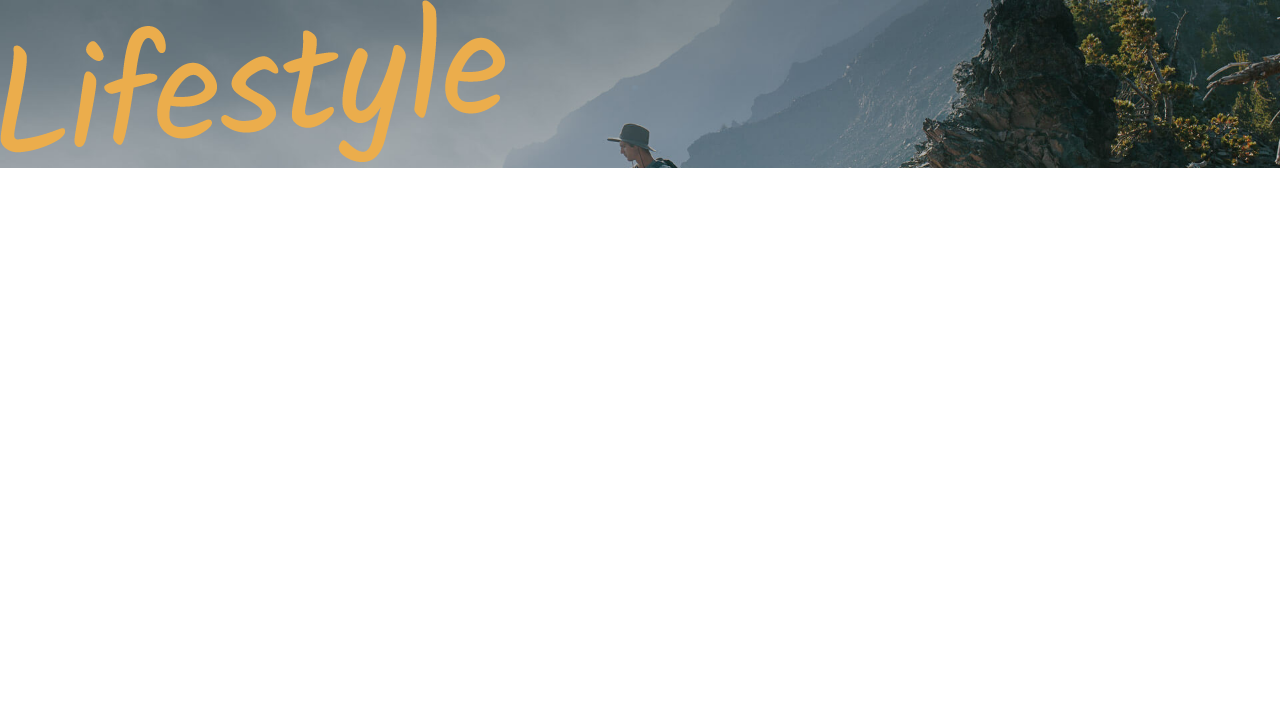
Repository: MalgorzataMazur/BeLife
Page: index.html
An editor plug-in stored every save of this project. The page is shown before and after the next save, followed by the edit.
The browser window is 1280 px wide. The pictures show the whole page.

Above is the page before, as saved 2019-10-29 19:08:38.

After the next save:
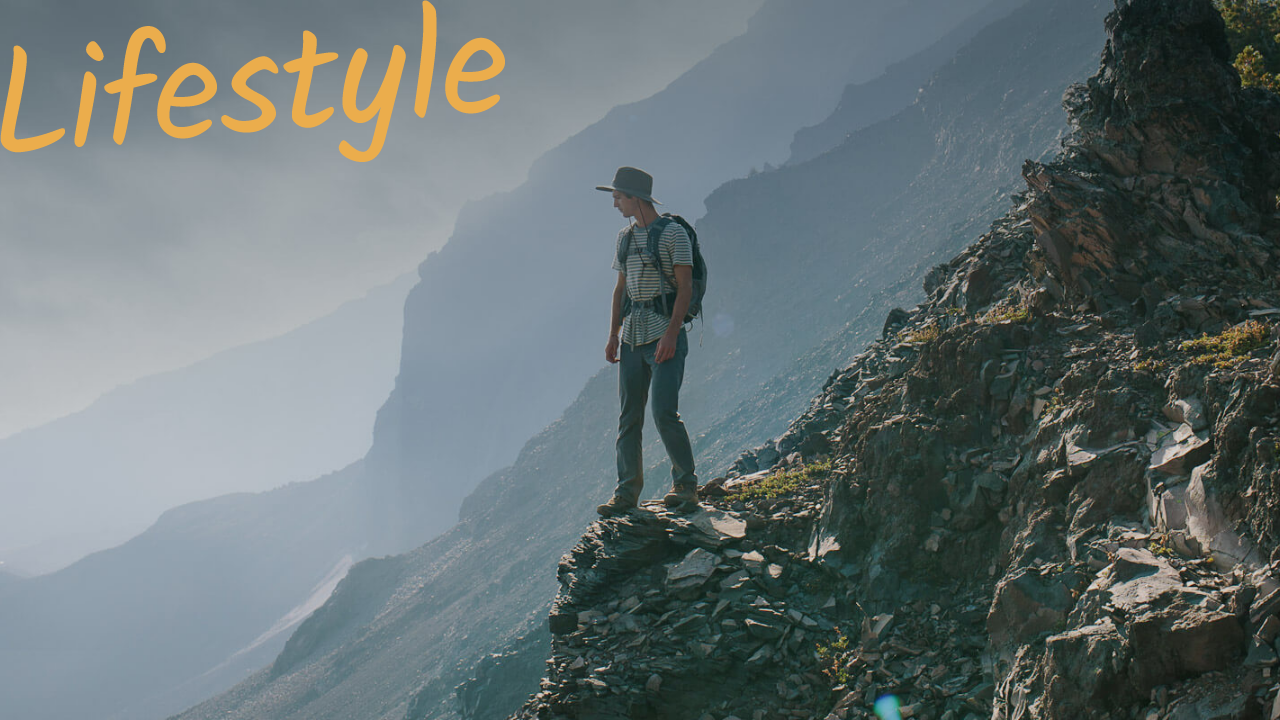
Saved 10 s later.
--- a/resources/css/style.css
+++ b/resources/css/style.css
@@ -18,7 +18,7 @@ html {
 header {
     background-image:  url(img/home_lifestyle_blog_sectionbg1.jpg);
     background-size: cover;
-    background
+    background-position: center;
     height: 100vh;
 }
 
